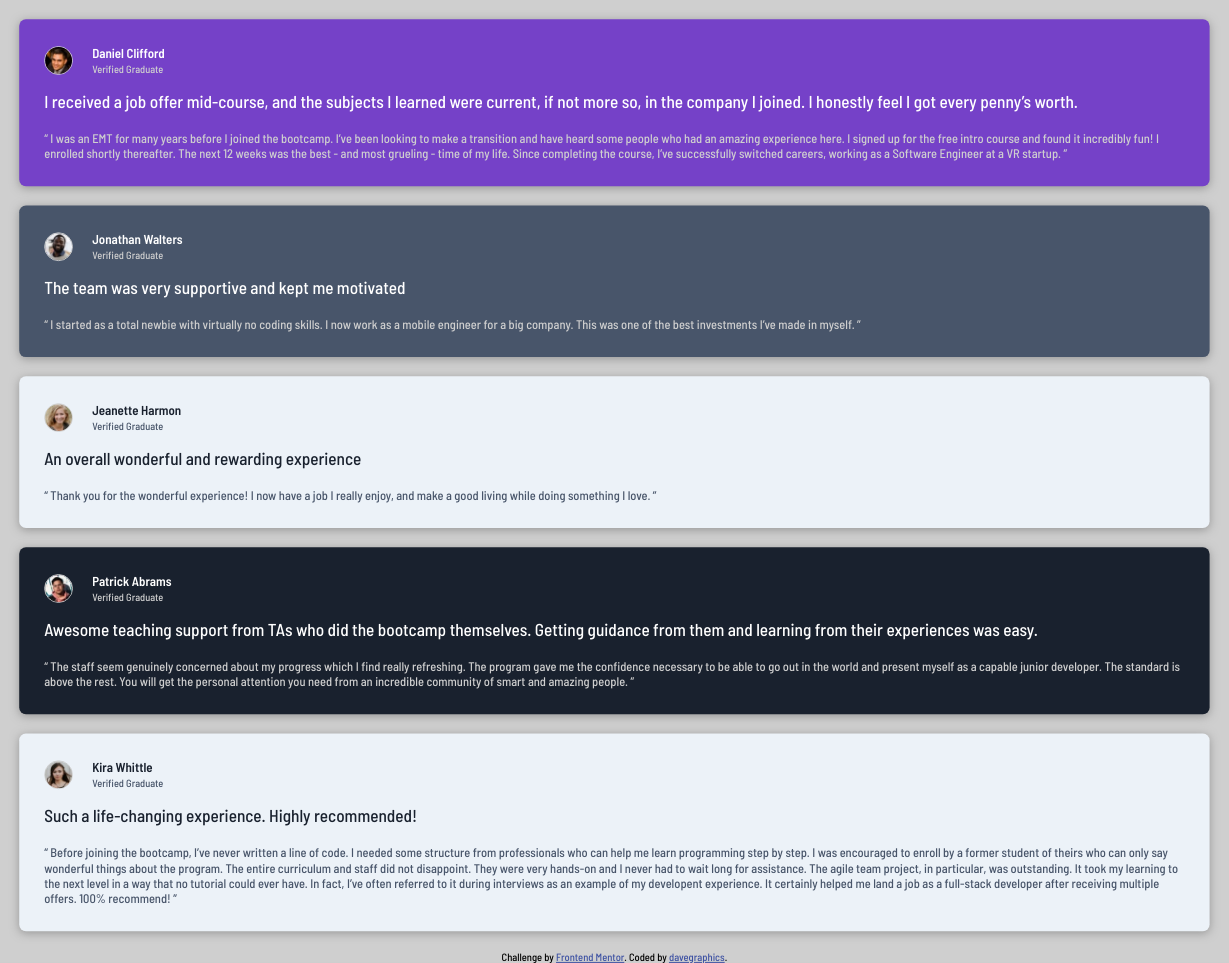
Repository: DejV44/testimonials_grid_section_main
Page: index.html
These files come from the project's save history. The page is drawn as it stood at one moment and after the next save; the edit follows.
The browser window is 1280 px wide. The pictures show the whole page, at 96% of full size.
The style sheet was rebuilt from its Sass, Less or Tailwind sources for each picture, by a compiler version that may differ from the author's.

Above is the page before, as saved 2021-07-15 19:27:06.

### index.html
<!DOCTYPE html>
<html lang="en">

<head>
  <meta charset="UTF-8">
  <meta name="viewport" content="width=device-width, initial-scale=1.0">
  <link rel="stylesheet" href="css/style.css">
  <link rel="icon" type="image/png" sizes="32x32" href="./images/favicon-32x32.png">
  <title>Frontend Mentor | Testimonials grid section</title>
</head>

<body>
  <div class="container">
    <div class="cards violet">
      <div class="image">
        <img src="./images/image-daniel.jpg" alt="image-daniel">
        <div>
          <h4>Daniel Clifford</h4>
          <small>Verified Graduate</small>
        </div>
      </div>
      <p>I received a job offer mid-course, and the subjects I learned were current, if not more so,
        in the company I joined. I honestly feel I got every penny’s worth.</p>
      <blockquote>“ I was an EMT for many years before I joined the bootcamp. I’ve been looking to make a
        transition and have heard some people who had an amazing experience here. I signed up
        for the free intro course and found it incredibly fun! I enrolled shortly thereafter.
        The next 12 weeks was the best - and most grueling - time of my life. Since completing
        the course, I’ve successfully switched careers, working as a Software Engineer at a VR startup. ”</blockquote>
    </div>
    <div class="cards darkgray">
      <div class="image">
        <img src="./images/image-jonathan.jpg" alt="image-jonathan">
        <div>
          <h4>Jonathan Walters</h4>
          <small>Verified Graduate</small>
        </div>
      </div>
      <p>The team was very supportive and kept me motivated</p>
      <blockquote>“ I started as a total newbie with virtually no coding skills. I now work as a mobile engineer
        for a big company. This was one of the best investments I’ve made in myself. ”</blockquote>
    </div>
    <div class="cards lgblue">
      <div class="image">
        <img src="./images/image-jeanette.jpg" alt="image-jeanette">
        <div>
          <h4>Jeanette Harmon</h4>
          <small>Verified Graduate</small>
        </div>
      </div>
      <p>An overall wonderful and rewarding experience</p>
      <blockquote>“ Thank you for the wonderful experience! I now have a job I really enjoy, and make a good living
        while doing something I love. ”</blockquote>
    </div>
    <div class="cards dbblue">
      <div class="image">
        <img src="./images/image-patrick.jpg" alt="image-patrick">
        <div>
          <h4>Patrick Abrams</h4>
          <small>Verified Graduate</small>
        </div>
      </div>
      <p>Awesome teaching support from TAs who did the bootcamp themselves. Getting guidance from them and
        learning from their experiences was easy.</p>
      <blockquote>“ The staff seem genuinely concerned about my progress which I find really refreshing. The program
        gave me the confidence necessary to be able to go out in the world and present myself as a capable
        junior developer. The standard is above the rest. You will get the personal attention you need from
        an incredible community of smart and amazing people. ”</blockquote>
    </div>
    <div class="cards lgblue">
      <div class="image">
        <img src="./images/image-kira.jpg" alt="image-kira">
        <div>
          <h4>Kira Whittle</h4>
          <small>Verified Graduate</small>
        </div>
      </div>
      <p>Such a life-changing experience. Highly recommended!</p>
      <blockquote>“ Before joining the bootcamp, I’ve never written a line of code. I needed some structure from
        professionals who can help me learn programming step by step. I was encouraged to enroll by a former
        student of theirs who can only say wonderful things about the program. The entire curriculum and staff
        did not disappoint. They were very hands-on and I never had to wait long for assistance. The agile team
        project, in particular, was outstanding. It took my learning to the next level in a way that no tutorial
        could ever have. In fact, I’ve often referred to it during interviews as an example of my developent
        experience. It certainly helped me land a job as a full-stack developer after receiving multiple offers.
        100% recommend! ”</blockquote>
    </div>
  </div>
  <div class="attribution">
    Challenge by <a href="https://www.frontendmentor.io?ref=challenge" target="_blank">Frontend Mentor</a>.
    Coded by <a href="#">davegraphics</a>.
  </div>
</body>

</html>

### css/style.scss
@import url('https://fonts.googleapis.com/css2?family=Barlow+Semi+Condensed:wght@500;600&display=swap');

$ModerateViolet: hsl(263, 55%, 52%);
$VeryDarkGrayishBlue: hsl(217, 19%, 35%);
$VeryDarkBlackishBlue: hsl(219, 29%, 14%);
$White: hsl(0, 0%, 100%);
$LightGray: hsl(0, 0%, 81%);
$LightGrayishBlue: hsl(210, 46%, 95%);

* {
    margin: 0;
    padding: 0;
    box-sizing: border-box;
}

body {
    font-size: 13px;
    font-family: 'Barlow Semi Condensed', sans-serif;
    background-color: $LightGray;


    .container {
        display: grid;
        grid-template-columns: 1fr;
        margin: 20px;
        gap: 20px;
        .cards {

            padding: 2em;
            border-radius: 7px;
            box-shadow: rgba(128, 128, 128, 0.712) 0px 2px 10px;

            &.violet {
                background-color: $ModerateViolet;
            }

            &.darkgray {
                background-color: $VeryDarkGrayishBlue;
            }

            &.lgblue {
                background-color: $LightGrayishBlue;
                p {
                    color: $VeryDarkBlackishBlue;
                }
                blockquote {
                    color: $VeryDarkGrayishBlue;
                }
                .image {
                    h4 {
                        color: $VeryDarkBlackishBlue;
                    }
                    small {
                        color: $VeryDarkGrayishBlue;
                    }
                }
            }
            &.dbblue {
                background-color: $VeryDarkBlackishBlue;
            }


            .image {
                display: flex;
                margin-bottom: 15px;
                align-items: center;

                img {
                    border-radius: 50%;
                    width: 30px;
                    height: 30px;
                    margin-right: 20px;
                    border: 1px solid $LightGray;
                }

                h4 {
                    color: $White;
                    font-size: 13.5px;

                }

                small {
                    color: $LightGray;
                }
            }

            blockquote {
                color: $LightGray;
                padding-top: 20px;
            }
            p {
                color: $White;
                font-size: 18px;
            }
        }

    }

@media (min-width: 640px) {
    body {
        .container {
        display: grid;
        grid-template-columns: repeat(4, 1fr);
        grid-template-rows: 1fr 1fr;
        margin: 20px;
        gap: 20px;
        }
    }
}

.attribution { font-size: 11px; text-align: center; }
.attribution a { color: hsl(228, 45%, 44%); }

}

After the next save:
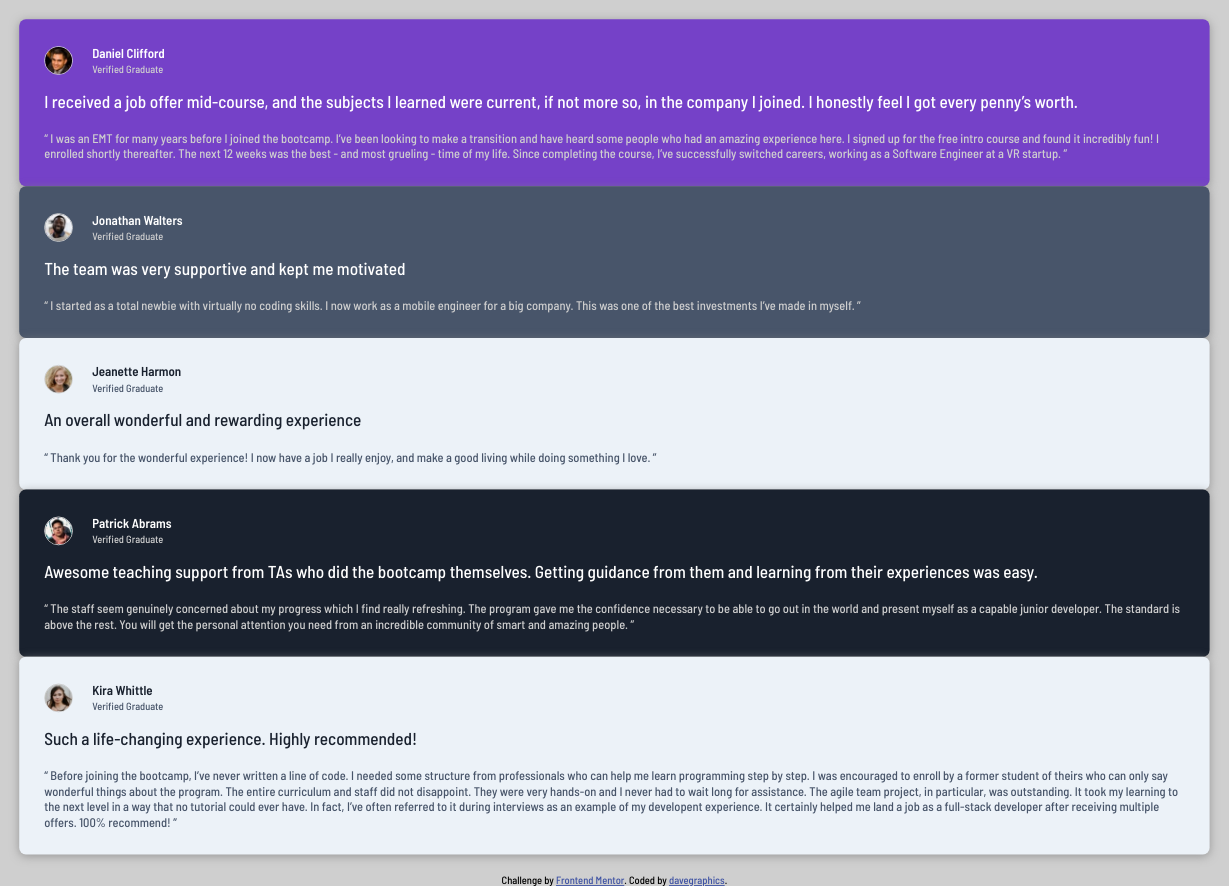
Saved 58 s later.
--- a/css/style.scss
+++ b/css/style.scss
@@ -20,10 +20,8 @@
 
 
     .container {
-        display: grid;
-        grid-template-columns: 1fr;
         margin: 20px;
-        gap: 20px;
+
         .cards {
 
             padding: 2em;

After the save that followed:
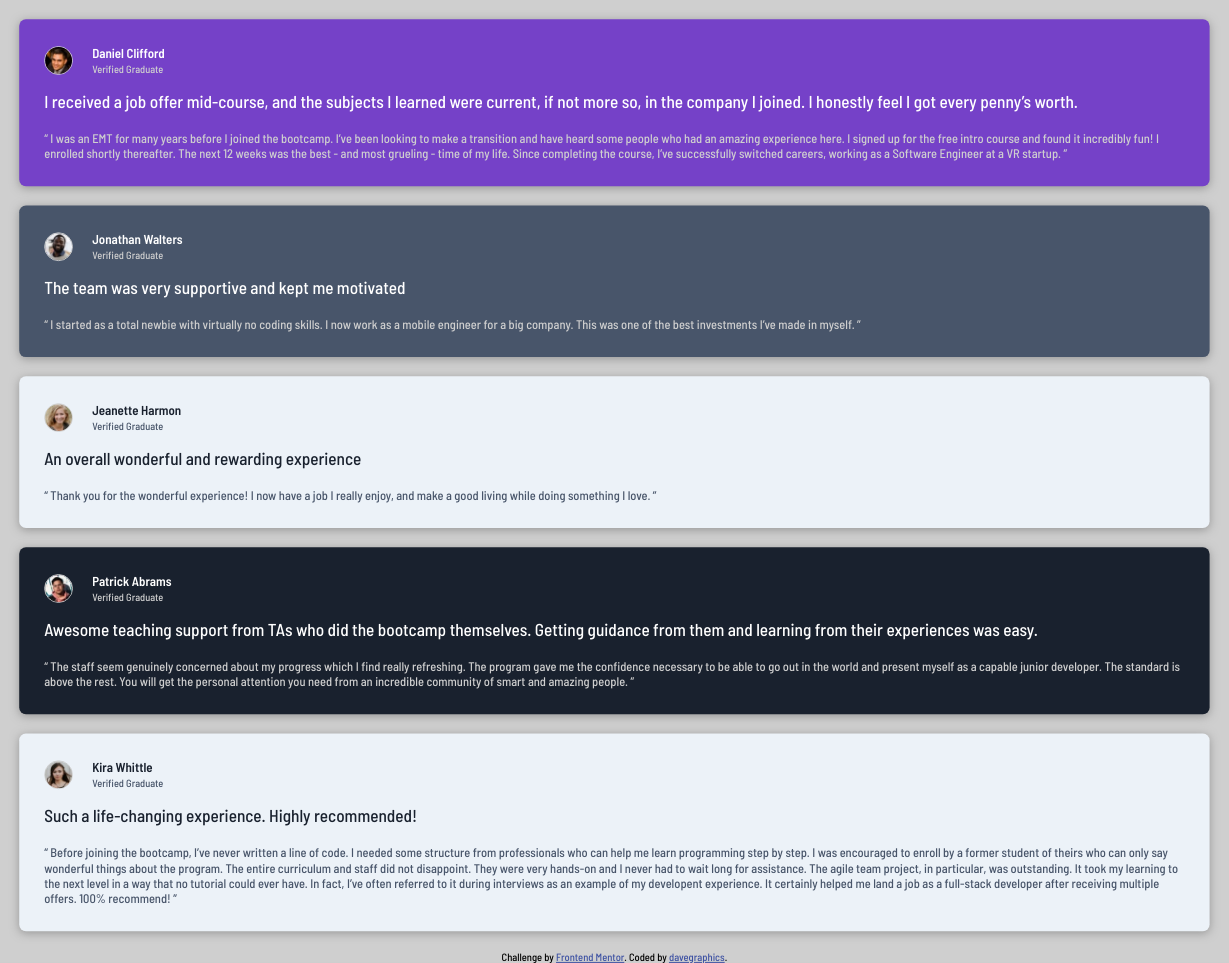
Saved 28 s later.
--- a/css/style.scss
+++ b/css/style.scss
@@ -20,8 +20,10 @@
 
 
     .container {
+        display: grid;
+        grid-template-columns: 1fr;
         margin: 20px;
-
+        gap: 20px;
         .cards {
 
             padding: 2em;
